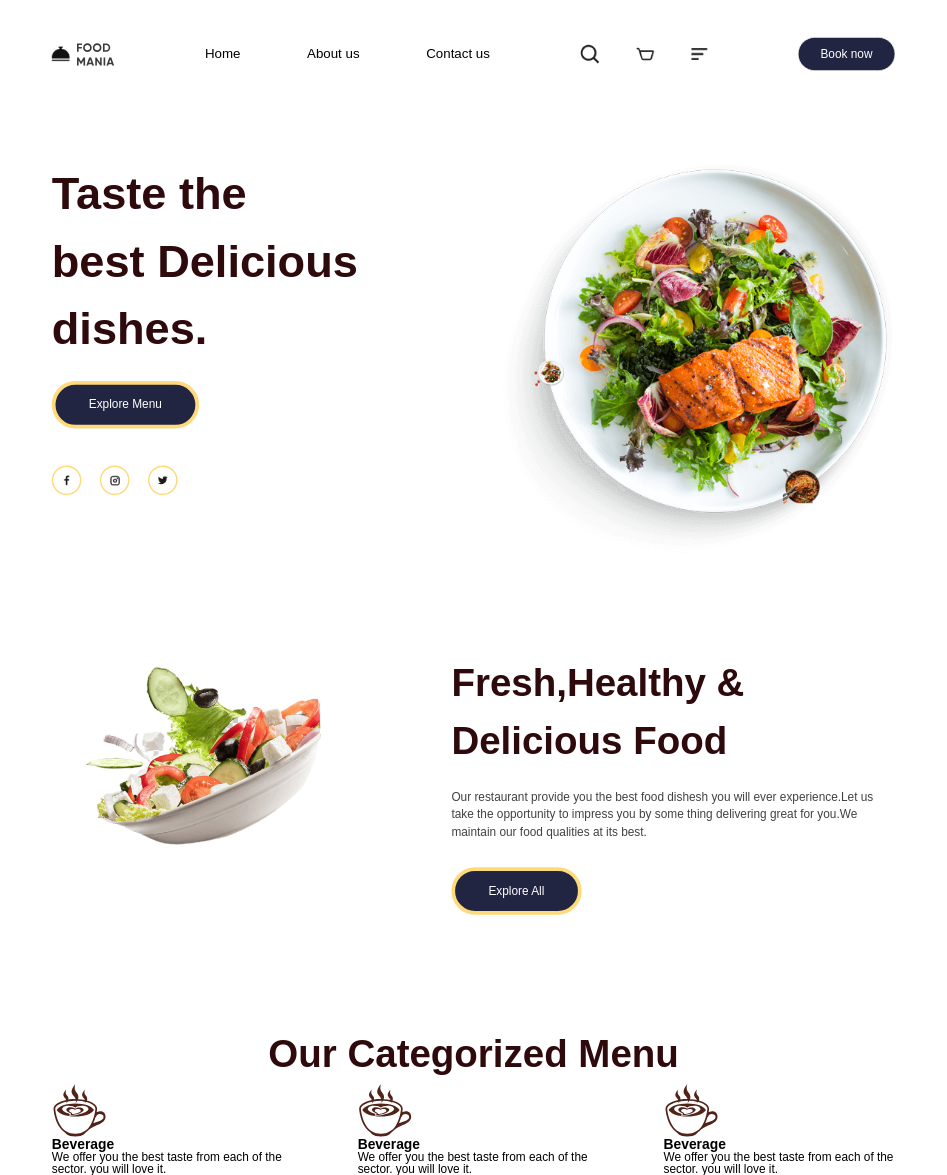
Repository: hoang0508/Figmafood
Page: index.html
The author's editor kept a copy of each file at every save. The page is drawn from the files as they stood at one save, then again after the next save.
The browser window is 1280 px wide. The pictures show the whole page, at 74% of full size.
The style sheet was rebuilt from its Sass, Less or Tailwind sources for each picture, by a compiler version that may differ from the author's.

Above is the page before, as saved 2021-11-08 10:25:25.

### index.html
<!DOCTYPE html>
<html lang="en">
  <head>
    <meta charset="UTF-8" />
    <meta http-equiv="X-UA-Compatible" content="IE=edge" />
    <meta name="viewport" content="width=device-width, initial-scale=1.0" />
    <title>LandingPage Food</title>
    <link
      rel="stylesheet"
      href="https://cdnjs.cloudflare.com/ajax/libs/font-awesome/4.7.0/css/font-awesome.min.css"
      integrity="sha512-SfTiTlX6kk+qitfevl/7LibUOeJWlt9rbyDn92a1DqWOw9vWG2MFoays0sgObmWazO5BQPiFucnnEAjpAB+/Sw=="
      crossorigin="anonymous"
      referrerpolicy="no-referrer"
    />
    <link rel="preconnect" href="https://fonts.googleapis.com" />
    <link rel="preconnect" href="https://fonts.gstatic.com" crossorigin />
    <link
      href="https://fonts.googleapis.com/css2?family=Poppins:wght@300;400;500;600;700&display=swap"
      rel="stylesheet"
    />
    <link rel="stylesheet" href="./css/app.css" />
  </head>
  <body>
    <div class="wrapper">
      <header class="header">
        <div class="container">
          <div class="header-container d-flex--between">
            <div class="header-logo d-flex--center">
              <img src="./images/logo.png" alt="" />
              <img src="./images/FOOD MANIA.svg" alt="" />
            </div>
            <ul class="header-list d-flex--center">
              <li class="header-item">
                <a href="#" class="header-link">Home</a>
              </li>
              <li class="header-item">
                <a href="#" class="header-link">About us</a>
              </li>
              <li class="header-item">
                <a href="#" class="header-link">Contact us</a>
              </li>
            </ul>
            <div class="header-icon d-flex--center">
              <a href="#" class="icon-link">
                <img src="./images/icon-search.png" alt="" />
              </a>
              <a href="#" class="icon-link">
                <img src="./images/icon-cart.png" alt="" />
              </a>
              <a href="#" class="icon-link">
                <img src="./images/icon-bars.png" alt="" />
              </a>
            </div>
            <button class="button button--primary">Book now</button>
          </div>
        </div>
      </header>
      <main>
        <section class="hero">
          <div class="container">
            <div class="hero-container d-flex--between">
              <div class="hero-content">
                <h3 class="hero-title">
                  Taste the <span>best Delicious</span> dishes.
                </h3>
                <button class="button button--primary button--secondary">
                  Explore Menu
                </button>
                <div class="hero-social d-flex--center">
                  <a href="#" class="social-icon">
                    <img src="./images/facebook.png" alt="" />
                  </a>
                  <a href="#" class="social-icon">
                    <img src="./images/instagram.png" alt="" />
                  </a>
                  <a href="#" class="social-icon">
                    <img src="./images/twitter.png" alt="" />
                  </a>
                </div>
              </div>
              <div class="hero-image">
                <div class="hero-image--big">
                  <img
                    src="./images/kisspng-hamburger-street-food-seafood-fast-food-delicious-food-5a75083cceaf41 1.png"
                    alt=""
                  />
                </div>
                <div class="hero-image--small-top">
                  <img src="./images/dlf 1.png" alt="" />
                </div>
                <div class="hero-image--small-bottom">
                  <img
                    src="./images/Pad-Thai_1-removebg-preview 1.png"
                    alt=""
                  />
                </div>
              </div>
            </div>
          </div>
        </section>
        <section class="about">
          <div class="container">
            <div class="about-container d-flex--between">
              <div class="about-image">
                <img
                  src="./images/imgbin-greek-salad-recipe-vegetarian-cuisine-everyday-super-food-salad-plate-gEMC3ig2LzciXACd5pm3EKWBe-removebg-preview 1.png"
                  alt=""
                />
              </div>
              <div class="about-content">
                <h3 class="heading-title">Fresh,Healthy & Delicious Food</h3>
                <p class="text-desc">
                  Our restaurant provide you the best food dishesh you will ever
                  experience.Let us take the opportunity to impress you by some
                  thing delivering great for you.We maintain our food qualities
                  at its best.
                </p>
                <button class="button button--primary button--secondary">
                  Explore All
                </button>
              </div>
            </div>
          </div>
        </section>
        <section class="menu">
          <div class="container">
            <div class="menu-container">
              <h3 class="heading-title menu-heading">Our Categorized Menu</h3>
              <div class="menu-list">
                <div class="menu-item">
                  <div class="menu-image">
                    <img
                      src="./images/emojione-monotone_hot-beverage.svg"
                      alt=""
                    />
                  </div>
                  <h3 class="menu-title">Beverage</h3>
                  <p class="menu-desc">
                    We offer you the best taste from each of the sector. you
                    will love it.
                  </p>
                </div>
                <div class="menu-item">
                  <div class="menu-image">
                    <img
                      src="./images/emojione-monotone_hot-beverage.svg"
                      alt=""
                    />
                  </div>
                  <h3 class="menu-title">Beverage</h3>
                  <p class="menu-desc">
                    We offer you the best taste from each of the sector. you
                    will love it.
                  </p>
                </div>
                <div class="menu-item">
                  <div class="menu-image">
                    <img
                      src="./images/emojione-monotone_hot-beverage.svg"
                      alt=""
                    />
                  </div>
                  <h3 class="menu-title">Beverage</h3>
                  <p class="menu-desc">
                    We offer you the best taste from each of the sector. you
                    will love it.
                  </p>
                </div>
              </div>
            </div>
          </div>
        </section>
      </main>
    </div>
  </body>
</html>

### sass/app.scss
@import "variable";
@import "reset";
@import "global";
@import "typography";
@import "header";
@import "hero";
@import "about";
@import "menu";

### sass/variable.scss
$primary-color: #212542;
$secondary-color: #2e0a0c;
$border-color: #ffda7b;
$text-color-box: #424242;
$text-color-small: #747474;

### sass/reset.scss
html {
  box-sizing: border-box;
}
* {
  margin: 0;
  padding: 0;
}
*,
*:before,
*:after {
  box-sizing: border-box;
}
input,
textarea,
select,
button {
  outline: none;
}
input {
  line-height: normal;
}
label,
button {
  cursor: pointer;
}
a {
  text-decoration: none;
}
img {
  display: block;
  max-width: 100%;
}

ul,
li {
  list-style: none;
}

### sass/global.scss
.wrapper {
  max-width: 1440px;
  margin: 0 auto;
  overflow: hidden;
}

.container {
  max-width: 1170px;
  margin: 0 auto;
  padding: 0 15px;
}

body {
  font-family: "Popins", sans-serif;
  line-height: 1;
  font-size: 16px;
}

body::-webkit-scrollbar {
  width: 7px;
}

body::-webkit-scrollbar-thumb {
  background-color: $primary-color;
  border-radius: 10px;
}

.d-flex--center {
  display: flex;
  align-items: center;
}

.d-flex--between {
  display: flex;
  justify-content: space-between;
  align-items: center;
}

.button {
  display: inline-block;
  color: #fff;
  background-color: $primary-color;
  border: 0;
  &--primary {
    font-size: 16px;
    font-weight: 500;
    line-height: calc(24 / 16);
    padding: 10px 30px;
    background: #212542;
    border: 1.5px solid #ffffff;
    border-radius: 100px;
    display: flex;
    align-items: center;
    justify-content: center;
  }
  &--secondary {
    padding: 15px 45px;
    border-width: 5px;
    border-color: $border-color;
  }
}

### sass/typography.scss
.heading-title {
  font-size: 52px;
  font-weight: 600;
  line-height: calc(87 / 58);
  color: $secondary-color;
}

.text-desc {
  font-size: 16px;
  font-weight: 500;
  line-height: calc(27 / 18);
  padding: 25px 0 35px;
  color: $text-color-box;
}

### sass/_header.scss
.header {
  margin-top: 50px;
  margin-bottom: 121px;
  &-logo {
    gap: 10px;
  }
  &-list {
    gap: 0 90px;
    font-size: 18px;
    font-weight: 500;
  }
  &-item {
    position: relative;
  }
  &-link {
    position: relative;
    color: #000000;
  }
  &-link:after {
    content: "";
    position: absolute;
    display: block;
    width: 0;
    height: 3px;
    background-color: $primary-color;
    bottom: -8px;
    border-radius: 5px;
    transition: all 0.3s linear;
  }
  &-link:hover::after {
    width: 100%;
    transition: all 0.3s linear;
  }
  &-icon {
    gap: 0 50px;
  }
}

### sass/_hero.scss
.hero {
  padding-bottom: 120px;
  &-container {
    align-items: stretch;
  }
  &-content {
    max-width: 455px;
    width: 100%;
  }
  &-title {
    font-size: 61px;
    line-height: calc(91 / 61);
    color: $secondary-color;
    font-weight: 600;
    padding-bottom: 25px;
    span {
      display: block;
    }
  }
  &-social {
    padding-top: 50px;
    gap: 0 25px;
    a.social-icon {
      width: 40px;
      height: 40px;
      border: 2px solid $border-color;
      border-radius: 100rem;
      display: flex;
      justify-content: center;
      align-items: center;
    }
  }
  &-image {
    position: relative;
  }
  &-image--big {
    position: relative;
  }
  &-image--small-top {
    position: absolute;
    left: 0;
    top: 50%;
    transform: translateX(50%);
    width: 100px;
  }
  &-image--small-bottom {
    position: absolute;
    bottom: 70px;
    right: 100px;
  }
}

### sass/_about.scss
.about {
  padding-bottom: 135px;
  &-container {
    gap: 170px;
  }
  &-content {
    max-width: 600px;
    width: 100%;
  }
}

### sass/_menu.scss
.menu {
  &-heading {
    text-align: center;
  }
  &-list {
    display: grid;
    grid-template-columns: repeat(3, 1fr);
    grid-gap: 0px 100px;
  }
}

After the next save:
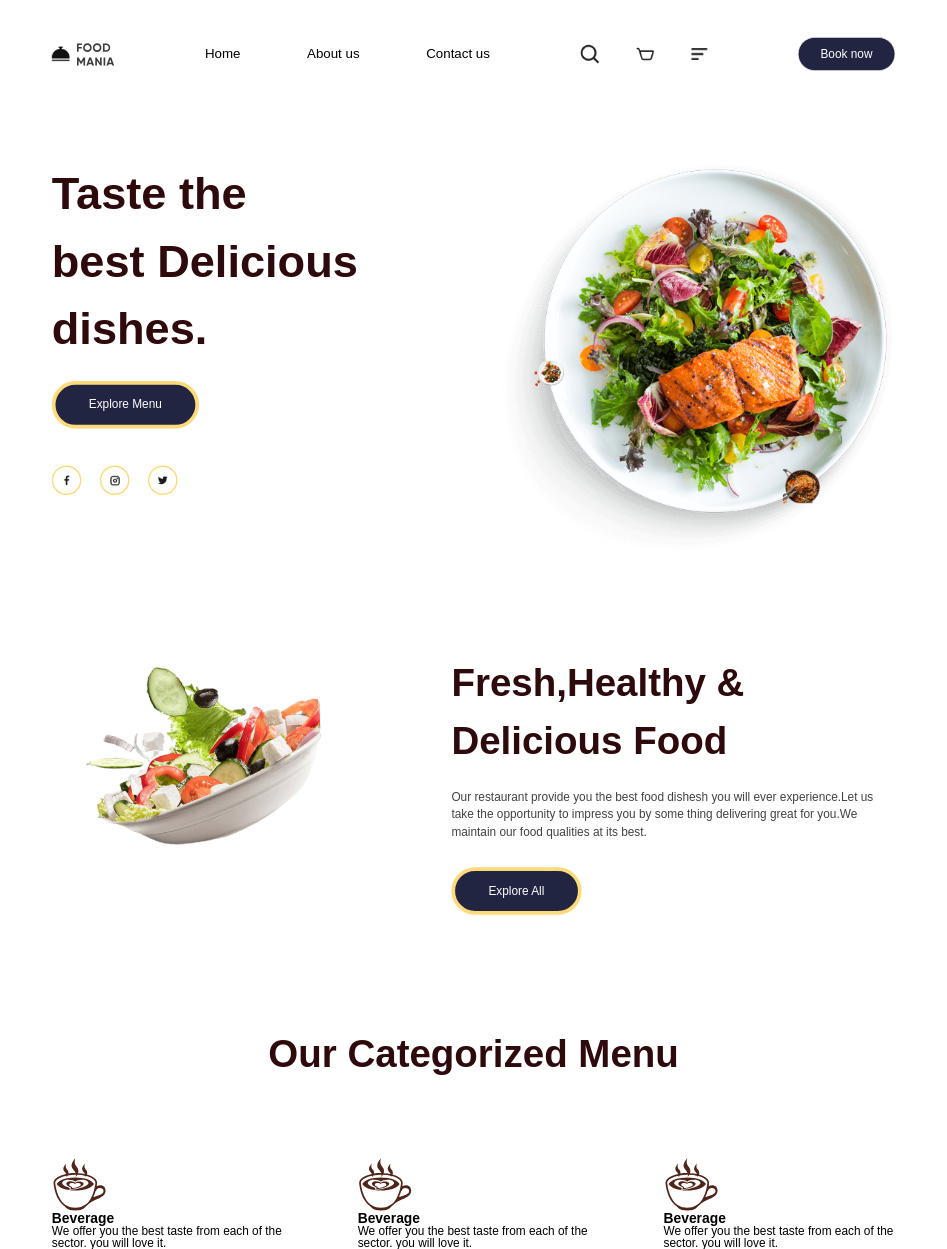
Saved 22 s later.
--- a/sass/_menu.scss
+++ b/sass/_menu.scss
@@ -1,6 +1,7 @@
 .menu {
   &-heading {
     text-align: center;
+    padding-bottom: 100px;
   }
   &-list {
     display: grid;
